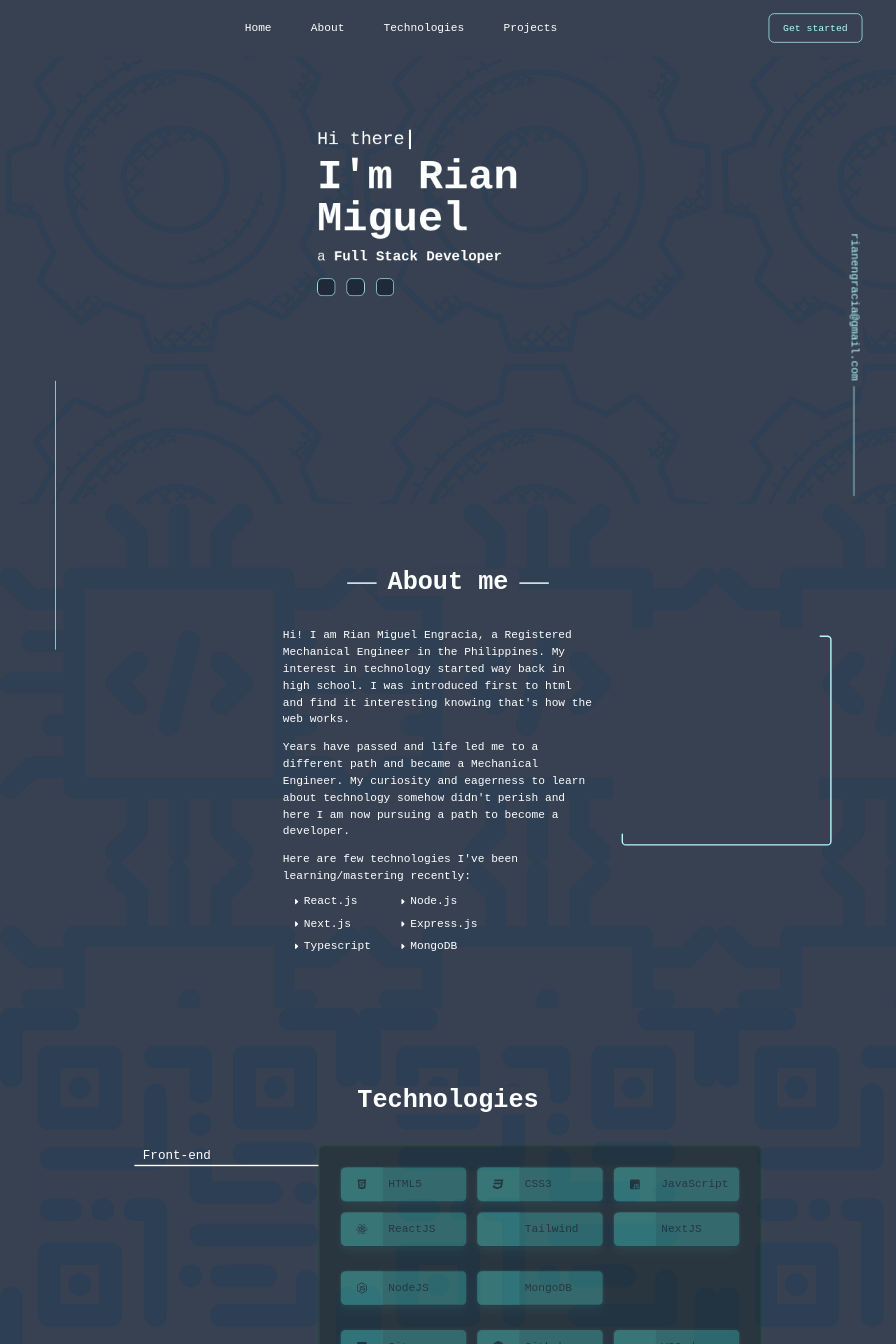
Repository: riandev25/nextjs-portfolio
Page: /
An editor plug-in stored every save of this project. The page is shown before and after the next save, followed by the edit.
The browser window is 1280 px wide. The pictures show the part of the page from y = 0 to 1920 px (the page is 2880 px tall), at 70% of full size.
Backgrounds fixed to the window are drawn as part of the page. The project was rebuilt for these pictures with package versions that can differ from the ones it lists, and the page was loaded fresh each time. The framework's server and built-in components were replaced by stand-ins that run in the browser. Also part of the build but not shown: next.config.js, components/Home/Keyboard/index.module.css, components/Home/Keyboard/index.jsx.

Above is the page before, as saved 2022-11-13 11:25:42.

### pages/_app.jsx
import Head from 'next/head';
import link from 'next/link';
import '../styles/globals.css';

import Layout from '../components/Layout';
import { ParallaxProvider } from 'react-scroll-parallax';

function MyApp({ Component, pageProps }) {
  return (
    <ParallaxProvider>
      <Head>
        <title>Rian Miguel Engracia</title>
        <meta name='viewport' content='initial-scale=1.0, width=device-width' />
        <link
          rel='apple-touch-icon'
          sizes='180x180'
          href='/apple-touch-icon.png'
        />
        <link
          rel='icon'
          type='image/png'
          sizes='32x32'
          href='/favicon-32x32.png'
        />
        <link
          rel='icon'
          type='image/png'
          sizes='16x16'
          href='/favicon-16x16.png'
        />
        <link rel='manifest' href='/site.webmanifest' />
        <link rel='mask-icon' href='/safari-pinned-tab.svg' color='#5bbad5' />
        <meta name='msapplication-TileColor' content='#2d89ef' />
        <meta name='theme-color' content='#ffffff' />
      </Head>
      <Layout>
        <Component {...pageProps} />
      </Layout>
    </ParallaxProvider>
  );
}

export default MyApp;

### pages/index.jsx
import Head from 'next/head';
import Image from 'next/image';
import Home from '../components/Home/Home';
import { Fragment } from 'react';
import Header from '../components/Header';
import About from '../components/About';
import Technologies from '../components/Technologies';
import Projects from '../components/Projects';

export default function Page() {
  return (
    <Fragment>
      <Header />
      <Home />
      <About />
      <Technologies />
      <Projects title='Projects' />
    </Fragment>
  );
}

### styles/globals.css
@tailwind base;
@tailwind components;
@tailwind utilities;

html,
body {
  padding: 0;
  margin: 0;
  /* font-family: 'Roboto', sans-serif; */
  font-family: monospace, sans-serif;
}

a {
  color: inherit;
  text-decoration: none;
}

* {
  box-sizing: border-box;
}

.image-filter {
  /* filter: invert(93%) sepia(19%) saturate(586%) hue-rotate(121deg)
    brightness(102%) contrast(97%); */
  filter: invert(93%) sepia(69%) saturate(347%) hue-rotate(120deg)
    brightness(104%) contrast(97%);
  opacity: 0.3;
  transition: filter 0.3s, opacity 0.3s;
}

.image-filter:hover {
  filter: none;
  opacity: 1;
}

@media (prefers-color-scheme: dark) {
  html {
    color-scheme: dark;
  }
  body {
    color: white;
    background: black;
  }
}

### components/Layout/index.jsx
import Header from '../Header';
import Email from '../Header/Email';

const Layout = ({ children }) => {
  return (
    <div className='relative w-full h-full bg-gray-700' dir='ltr'>
      <Header />
      <Email />
      {children}
    </div>
  );
};

export default Layout;

### components/Home/Home.jsx
import Link from 'next/link';
import Image from 'next/future/image';
import { useParallax } from 'react-scroll-parallax';
import styles from './index.module.css';
import DevImage from '../../assets/images/dev-image.svg';
import GithubImage from '../../assets/images/github-neon-fill.png';
import LinkedinImage from '../../assets/images/linkedin-neon-fill.png';
import FacebookImage from '../../assets/images/facebook-neon-fill.png';
import Keyboard from './Keyboard';
import { useState } from 'react';

export const CONTACTS = [
  {
    id: 'github',
    imgSrc: GithubImage,
    link: 'https://github.com/riandev25',
  },
  {
    id: 'linkedin',
    imgSrc: LinkedinImage,
    link: 'https://www.linkedin.com/in/rian-miguel-engracia/',
  },
  {
    id: 'facebook',
    imgSrc: FacebookImage,
    link: 'https://web.facebook.com/rianmiguel.engracia',
  },
  {
    id: 'email',
    email: 'rianengracia@gmail.com',
  },
];

const nameArray = ['I', '&apos;', 'm', ' ', 'R', 'i', 'a', 'n'];
const jobArray = [
  'f',
  'u',
  'l',
  'l',
  ' ',
  's',
  't',
  'a',
  'c',
  'k',
  ' ',
  'd',
  'e',
  'v',
  'e',
  'l',
  'o',
  'p',
  'e',
  'r',
];

const Home = () => {
  const { ref } = useParallax({
    translateY: [-100, 30, 'easeInOut'],
  });
  const [keyboard, setKeyboard] = useState(true);
  return (
    <header className='flex justify-center items-center w-full h-screen px-20 bg-fixed bg-repeat bg-bg_gear_image'>
      <section ref={ref} className='w-4/12 space-y-4'>
        <div className='flex flex-col gap-2.5 place-items-start'>
          <h1 className={`text-xl font-thin text-white ${styles.typingLet}`}>
            Hi there!
          </h1>
          <h1 className='text-6xl font-bold animate-neon_text'>
            I&apos;m Rian Miguel
          </h1>
          <h1 className='text-xl text-white font-bold'>
            <span className='text-xl font-thin'>a</span> Full Stack Developer
          </h1>
        </div>
        <ul className='flex flex-row gap-4'>
          {CONTACTS.map((item) => {
            if (item.id === 'email') return;
            return (
              <li
                className='block p-3 bg-gray-800 border rounded-lg border-[#b2fcfb] transition-all hover:scale-110'
                key={item.id}
              >
                <Link href={item.link} legacyBehavior>
                  <a className=''>
                    <Image
                      className=''
                      src={item.imgSrc}
                      alt={item.id}
                      width={20}
                      height={20}
                      sizes='5vw'
                    />
                  </a>
                </Link>
              </li>
            );
          })}
        </ul>
      </section>
      <section className='hidden lg:flex max-w-2xl h-full justify-center items-center'>
        <Image
          src={DevImage}
          alt='dev-image'
          width={500}
          height={500}
          sizes='(max-width: 768px) 50vw'
        />
        {/* <Keyboard /> */}
      </section>
    </header>
  );
};

export default Home;

### components/Header/index.jsx
import Logo from '../Logo';
import Navbar from './Navbar';
import { FontAwesomeIcon } from '@fortawesome/react-fontawesome';
import { faBars } from '@fortawesome/free-solid-svg-icons';

const Header = () => {
  return (
    <nav className='px-8 py-1 bg-gray-700 dark:bg-gray-900 fixed w-full z-50 top-0 left-0 border-b shadow-sm border-gray-700 md:px-12 md:py-3 dark:border-gray-600'>
      <div className='flex flex-row justify-between items-center w-full'>
        <section className=''>
          <Logo />
        </section>

        <div className='flex md:order-2'>
          <button
            type='button'
            className='hidden lg:flex bg-transparent text-[#b2fcfb] border border-[#b2fcfb] hover:bg-[#b2fcfb] hover:opacity-40 transition-all font-medium rounded-lg text-sm px-5 py-2.5 text-center mr-3 md:mr-0 dark:bg-blue-600 dark:hover:bg-blue-700 dark:focus:ring-blue-800'
          >
            Get started
          </button>
          <button
            data-collapse-toggle='navbar-sticky'
            type='button'
            className='cursor-pointer inline-flex items-center p-2 text-sm bg-white rounded-lg md:hidden hover:bg-gray-400 focus:outline-none focus:ring-2 focus:ring-gray-200 dark:text-gray-400 dark:hover:bg-gray-700 dark:focus:ring-gray-600'
            aria-controls='navbar-sticky'
            aria-expanded='false'
          >
            <span className='sr-only'>Open main menu</span>
            <FontAwesomeIcon icon={faBars} className='text-gray-800' />
          </button>
        </div>
        <Navbar />
      </div>
    </nav>
  );
};

export default Header;

### components/About/index.jsx
import Image from 'next/future/image';
import Contacts from './Contacts';
import PageHeader from '../PageHeader';
import { FontAwesomeIcon } from '@fortawesome/react-fontawesome';
import { faCaretRight } from '@fortawesome/free-solid-svg-icons';
import ProgrammerImage from '../../assets/images/programmer.jpg';
import { useParallax } from 'react-scroll-parallax';

const technologies = [
  'React.js',
  'Node.js',
  'Next.js',
  'Express.js',
  'Typescript',
  'MongoDB',
];

const About = () => {
  return (
    <div className='relative pt-4 w-full h-screen flex flex-col gap-11 justify-center items-center text-white px-20 bg-bg_chip_image bg-fixed'>
      <Contacts />
      <PageHeader title='About me' />
      <div className='max-w-3xl flex flex-row gap-6'>
        <section className='max-w-md flex flex-col gap-4'>
          <p>
            Hi! I am Rian Miguel Engracia, a Registered Mechanical Engineer in
            the Philippines. My interest in technology started way back in high
            school. I was introduced first to html and find it interesting
            knowing that&apos;s how the web works.
          </p>
          <p>
            Years have passed and life led me to a different path and became a
            Mechanical Engineer. My curiosity and eagerness to learn about
            technology somehow didn&apos;t perish and here I am now pursuing a
            path to become a{' '}
            <span className='text-[neon-green] no-underline decoration-[neon-green] underline-offset-4 decoration-2 hover:underline'>
              developer
            </span>
            .
          </p>
          <div className='flex flex-col gap-3'>
            <p>
              Here are few technologies I&apos;ve been learning/mastering
              recently:
            </p>
            <ul className='grid grid-cols-3 gap-2'>
              {technologies.map((item, i) => {
                return (
                  <li
                    key={item}
                    className={`${(i + 1) % 2 === 0 ? 'col-span-2' : ''}
                    } flex justify-start items-center gap-2 pl-4`}
                  >
                    <FontAwesomeIcon icon={faCaretRight} className='w-1.5' />
                    <span className=''>{item}</span>
                  </li>
                );
              })}
            </ul>
          </div>
        </section>
        <section className='relative'>
          <div className='absolute z-20 w-[295px] h-[295px] bg-gray-700'></div>
          <Image
            className='relative z-30 rounded-md image-filter bg-[#b2fcfb] border-2 peer'
            src={ProgrammerImage}
            alt='developer'
            width={300}
            height={300}
            priority='false'
            sizes='(max-width: 768px) 100vw, 50vw'
          />
          <div className='absolute top-0 left-0 w-[300px] h-[300px] bg-transparent border-2 border-[#b2fcfb] transition-duration-300 delay-300 ease-in-out translate-x-3 translate-y-3 z-10 rounded-md peer-hover:translate-x-2 peer-hover:translate-y-2 '></div>
        </section>
      </div>
    </div>
  );
};

export default About;

### components/Projects/index.jsx
import Link from 'next/link';
import Image from 'next/future/image';
import PageHeader from '../PageHeader';
import WeatherImage from '../../assets/images/weather-app.png';
import { FontAwesomeIcon } from '@fortawesome/react-fontawesome';
import { faGithubAlt } from '@fortawesome/free-brands-svg-icons';
import { faSquareArrowUpRight } from '@fortawesome/free-solid-svg-icons';
import Links from './Links';

const TECH_WEATHER = ['HTML', 'CSS', 'Javascript'];
const WEATHER = [
  {
    id: 1,
    icon: faGithubAlt,
    link: 'https://riandev25.github.io/js-weather-app/dist/',
  },
  {
    id: 2,
    icon: faSquareArrowUpRight,
    link: 'https://riandev25.github.io/js-weather-app/dist/',
  },
];

const Projects = () => {
  return (
    <div className='pt-4 flex flex-col w-full h-screen gap-11 justify-center items-center text-white px-20 bg-bg_binary_image bg-fixed'>
      <PageHeader title='Projects' />
      <div className='flex flex-row justify-center items-center max-w-full '>
        <section className='z-10 relative w-[35rem] aspect-[17/11] bg-green-100 flex-auto flex'>
          <Image
            src={WeatherImage}
            alt='weather-app'
            fill
            className='object-cover absolute'
          />
        </section>
        <section
          className='z-20 w-[23rem] overflow-visible bg-red-400 space-y-4 lg:w=[28rem]'
          dir='rtl'
        >
          <div className='flex flex-col justify-end items-end' dir='ltr'>
            <h2 className='text-neon text-right'>Featured Project</h2>
            <h1 className='text-xl font-bold text-right'>
              Weather Application
            </h1>
          </div>
          <div className='w-[34rem] bg-gray-800 p-7 pl-9 pr-5 rounded-sm'>
            <p className='text-right'>
              A fully responsive weather application. I built this project to
              enhance vanilla javascript skills and dom manipulation. Open
              location of your device for better user experience.
            </p>
          </div>
          <ul
            className='flex flex-row justify-end items-center gap-4'
            dir='ltr'
          >
            {TECH_WEATHER.map((item) => {
              return <li key={item}>{item}</li>;
            })}
          </ul>
          <Links array={WEATHER} />
        </section>
      </div>
    </div>
  );
};

export default Projects;

### components/Header/Email.jsx
import Link from 'next/link';

const Email = () => {
  return (
    <aside className='fixed bottom-36 right-12 origin-top-right rotate-90'>
      <div className='flex justify-center items-center relative'>
        <Link href='' legacyBehavior>
          <a className='z-50 transition-all text-[#b2fcfb] bg-gray-700 px-2 hover:text-[#68fffc] hover:scale-110'>
            rianengracia@gmail.com
          </a>
        </Link>
        <div className='w-96 bg-[#b2fcfb] absolute top-1/2 left-0 h-px'></div>
      </div>
    </aside>
  );
};

export default Email;

### components/Home/index.module.css
.typingLet {
  width: 134px;
  animation: typing 2s steps(12), blink 0.5s step-end infinite alternate;
  white-space: nowrap;
  overflow: hidden;
  border-right: 3px solid;
  font-family: monospace;
  font-size: 2em;
}

@keyframes typing {
  from {
    width: 0;
  }
}

@keyframes blink {
  50% {
    border-color: transparent;
  }
}

### components/Logo/index.jsx
import Image from 'next/future/image';
import LogoImage from '../../assets/images/logo.svg';
import LogoDark from '../../assets/images/logo-dark.svg';
import LogoLight from '../../assets/images/logo-light.svg';
import {
  faAngleLeft,
  faGear,
  faforward,
} from '@fortawesome/free-solid-svg-icons';
import { FontAwesomeIcon } from '@fortawesome/react-fontawesome';

const Logo = () => {
  return (
    <div className='flex items-center relative'>
      <Image
        src={LogoImage}
        alt='logo'
        width={185}
        height={55}
        className='hidden md:flex'
        sizes='(max-width: 768px) 15vw'
      />
      {/* <Image
        src={LogoLight}
        alt='logo-light'
        width={50}
        height={50}
        className='flex md:hidden'
        sizes='(max-width: 768px) 15vw'
      /> */}
    </div>
  );
};

export default Logo;

### components/Header/Navbar.jsx
import Link from 'next/link';

const Navbar = () => {
  const data = [
    {
      id: 'Home',
    },
    {
      id: 'About',
    },
    {
      id: 'Technologies',
    },
    {
      id: 'Projects',
    },
  ];
  return (
    <div
      className='hidden absolute top-0 right-0 justify-between items-center w-full md:flex md:relative md:w-auto md:order-1'
      id='navbar-sticky'
    >
      <ul className='flex flex-col justify-center items-center flex-auto rounded-lg md:justify-between md:flex-row md:space-x-12 md:p-2 md:mt-0 md:text-sm md:font-medium md:border-0 dark:bg-gray-800 md:dark:bg-gray-900 dark:border-gray-700'>
        {data.map((item) => {
          return (
            <li key={item.id} className='relative group'>
              <Link href={item.id}>
                <a
                  className='block py-2 px-1 text-base font-extralight text-white dark:text-white'
                  // aria-current='page'
                >
                  {item.id}
                </a>
              </Link>

              <span className='z-50 absolute bottom-1.5 w-0 h-[1px] bg-white transition-all md:group-hover:w-full'></span>
            </li>
          );
        })}
      </ul>
    </div>
  );
};

export default Navbar;

### components/About/Contacts.jsx
import Link from 'next/link';
import Image from 'next/future/image';
import GithubImage from '../../assets/images/github-neon.png';
import LinkedinImage from '../../assets/images/linkedin-neon.png';
import FacebookImage from '../../assets/images/facebook-neon.png';

const CONTACTS = [
  {
    id: 'github',
    imgSrc: GithubImage,
    link: 'https://github.com/riandev25',
  },
  {
    id: 'linkedin',
    imgSrc: LinkedinImage,
    link: 'https://www.linkedin.com/in/rian-miguel-engracia/',
  },
  {
    id: 'facebook',
    imgSrc: FacebookImage,
    link: 'https://web.facebook.com/rianmiguel.engracia',
  },
];

const Contacts = () => {
  return (
    <nav className='fixed bottom-36 left-12 origin-top-right rotate-90'>
      <ul className='flex justify-center items-center relative gap-4'>
        {CONTACTS.map((item) => {
          return (
            <li key={item.id} className='block transition-all hover:scale-110'>
              <Link href={item.link} legacyBehavior>
                <a className=''>
                  <Image
                    className=''
                    src={item.imgSrc}
                    alt={item.id}
                    width={20}
                    height={20}
                    sizes='5vw'
                  />
                </a>
              </Link>
            </li>
          );
        })}
        <div className='w-96 bg-[#b2fcfb] absolute top-1/2 left-0 h-px'></div>
      </ul>
    </nav>
  );
};

export default Contacts;

### components/PageHeader/index.jsx
const PageHeader = ({ title }) => {
  return (
    <div className='relative overflow-visible flex justify-center items-center'>
      <h1 className='relative z-10 w-full text-4xl font-bold flex flex-start bg-gray-700 px-4 animate-neon_text'>
        {title}
      </h1>
      <span className='absolute top-1/2 w-72 h-0.5 bg-white animated-neon_bg'></span>
    </div>
  );
};

export default PageHeader;

### components/Projects/Links.jsx
import Link from 'next/link';
import { FontAwesomeIcon } from '@fortawesome/react-fontawesome';

const Links = ({ array }) => {
  array.map((item) => {
    return (
      <ul key={item.id} className='flex flex-row'>
        <li>
          <Link href={item.link} passHref>
            <a>
              <FontAwesomeIcon icon={item.icon} className='text-white w-3' />
            </a>
          </Link>
        </li>
      </ul>
    );
  });
};

export default Links;

// 'https://riandev25.github.io/js-weather-app/dist/'

Loaded but not shown: tailwind.config.js (60 lines, source omitted); pages/_document.js (24 lines, source omitted); components/Technologies/index.jsx (206 lines, source omitted)

After the next save:
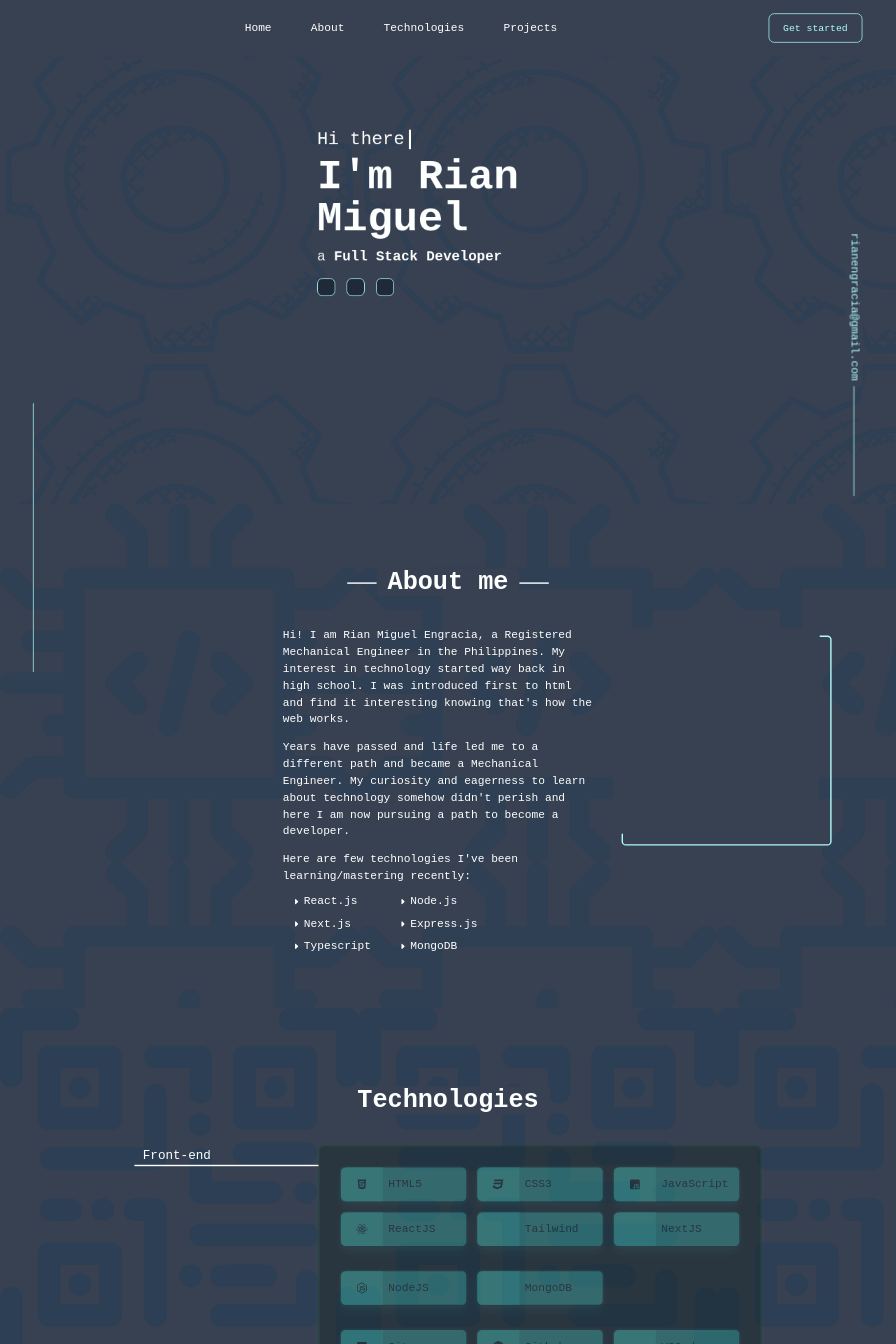
Saved 65 s later.
--- a/components/About/Contacts.jsx
+++ b/components/About/Contacts.jsx
@@ -24,7 +24,7 @@ const CONTACTS = [
 
 const Contacts = () => {
   return (
-    <nav className='fixed bottom-36 left-12 origin-top-right rotate-90'>
+    <nav className='fixed bottom-36 left-12 origin-top-left rotate-90'>
       <ul className='flex justify-center items-center relative gap-4'>
         {CONTACTS.map((item) => {
           return (
